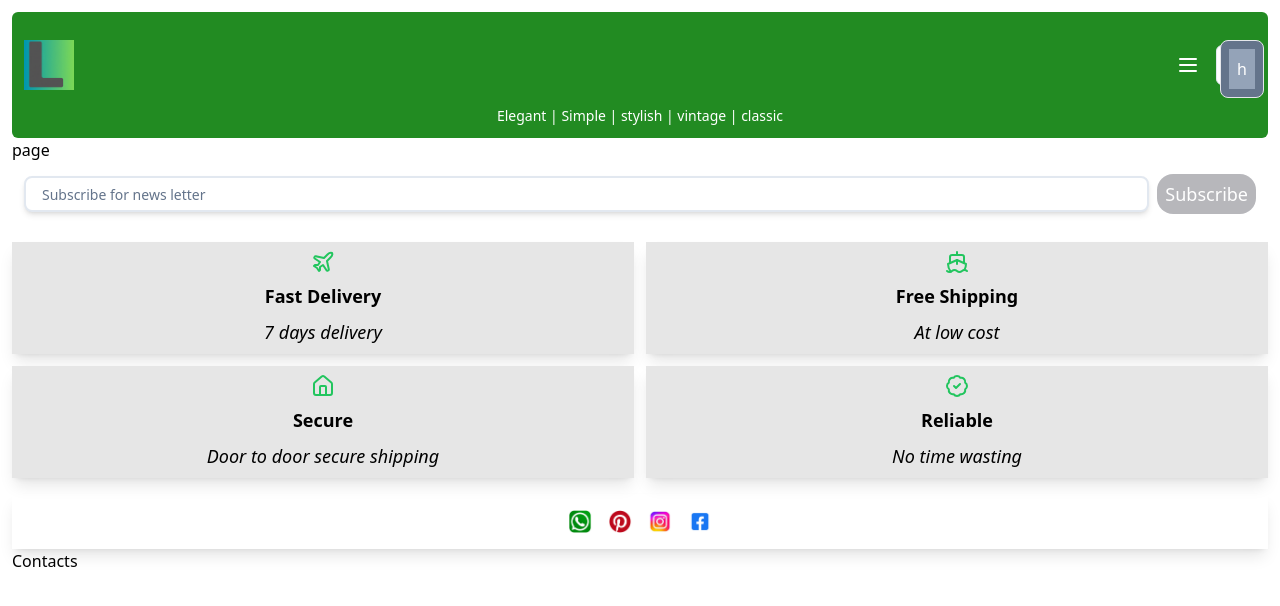
Repository: Semanmernstack/bisi-abejide
Page: /bb
An editor plug-in stored every save of this project. The page is shown before and after the next save, followed by the edit.
The browser window is 1280 px wide. The pictures show the whole page.
The project was rebuilt for these pictures with package versions that can differ from the ones it lists, and the page was loaded fresh each time. The framework's server and built-in components were replaced by stand-ins that run in the browser. Also part of the build but not shown: next.config.mjs.

Above is the page before, as saved 2024-04-19 00:45:09.

After the next save:
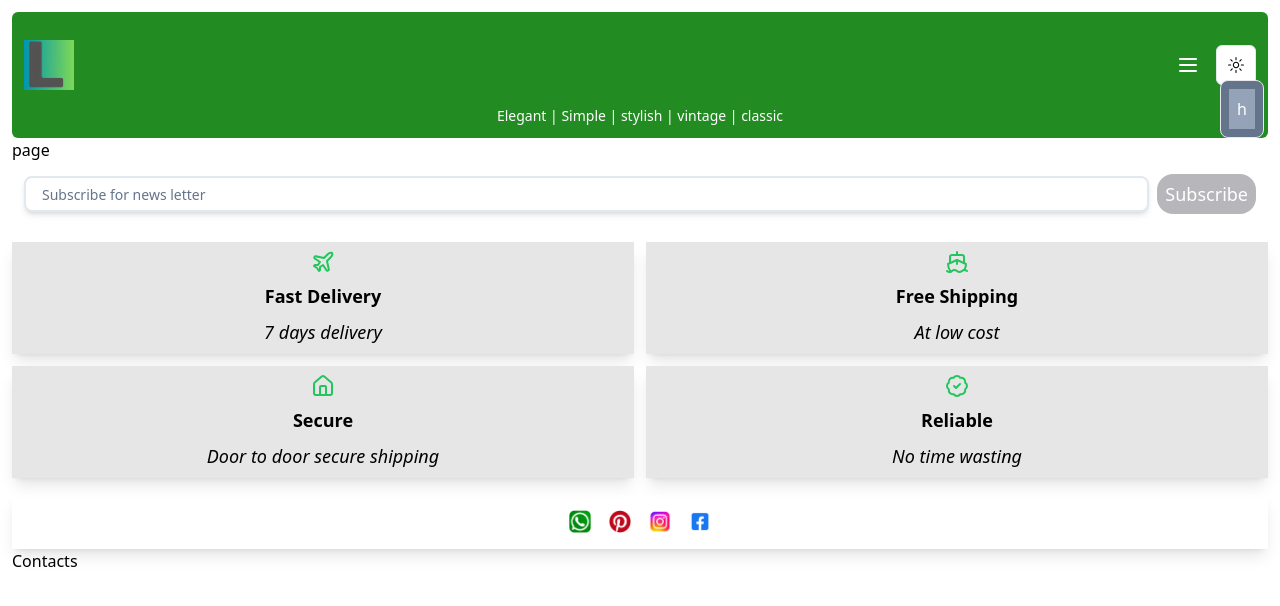
Saved 9 s later.
--- a/components/SubAi.tsx
+++ b/components/SubAi.tsx
@@ -21,7 +21,7 @@ function SubAi() {
   transition={{
       duration: 1,
   }}
-       className='flex items-center justify-between right-4 top-10 z-50 fixed  bg-slate-500 rounded-lg text-white  max-w-2xl border p-2 '  >
+       className='flex items-center justify-between right-4 top-20 z-50 fixed  bg-slate-500 rounded-lg text-white  max-w-2xl border p-2 '  >
 
 
 
